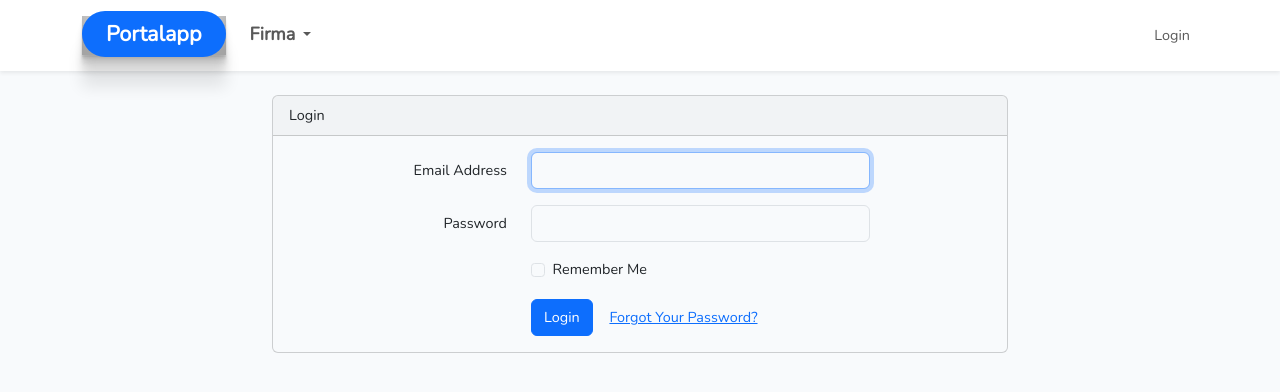
Repository: oguzhansade/portalapp
Page: http://localhost/login
The author's editor kept a copy of each file at every save. The page is drawn from the files as they stood at one save, then again after the next save.
The browser window is 1280 px wide. The pictures show the whole page.
The page is served by the project's Laravel application, run on PHP 8.4 with Laravel 9. Style sheets and scripts are compiled from the project's sources, by tool versions that may differ from the author's.

Above is the page before, as saved 2023-06-29 11:42:04.

After the next save:
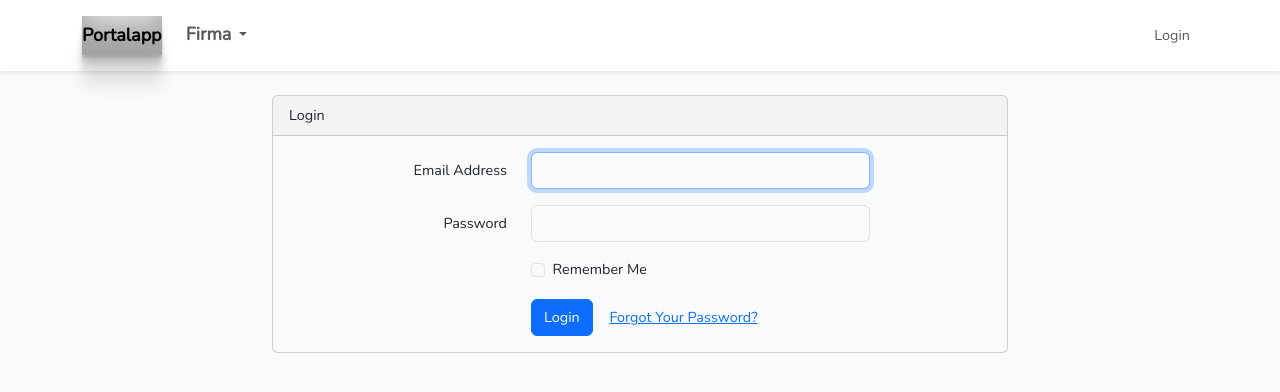
Saved 19 s later.
--- a/resources/views/layouts/app.blade.php
+++ b/resources/views/layouts/app.blade.php
@@ -40,7 +40,7 @@
         <nav class="navbar navbar-expand-md navbar-light bg-white shadow-sm ">
             <div class="container py-2">
                 <a class="navbar-brand b-shadow" href="{{ url('/') }}">
-                    <span class="h4 px-4 py-2 bg-primary text-white  rounded-custom"><b>{{ config('app.name', 'Laravel') }}</b></span> </span>
+                    <b>{{ config('app.name', 'Laravel') }}</b>
                 </a>
                 <button class="navbar-toggler" type="button" data-bs-toggle="collapse" data-bs-target="#navbarSupportedContent" aria-controls="navbarSupportedContent" aria-expanded="false" aria-label="{{ __('Toggle navigation') }}">
                     <span class="navbar-toggler-icon"></span>
